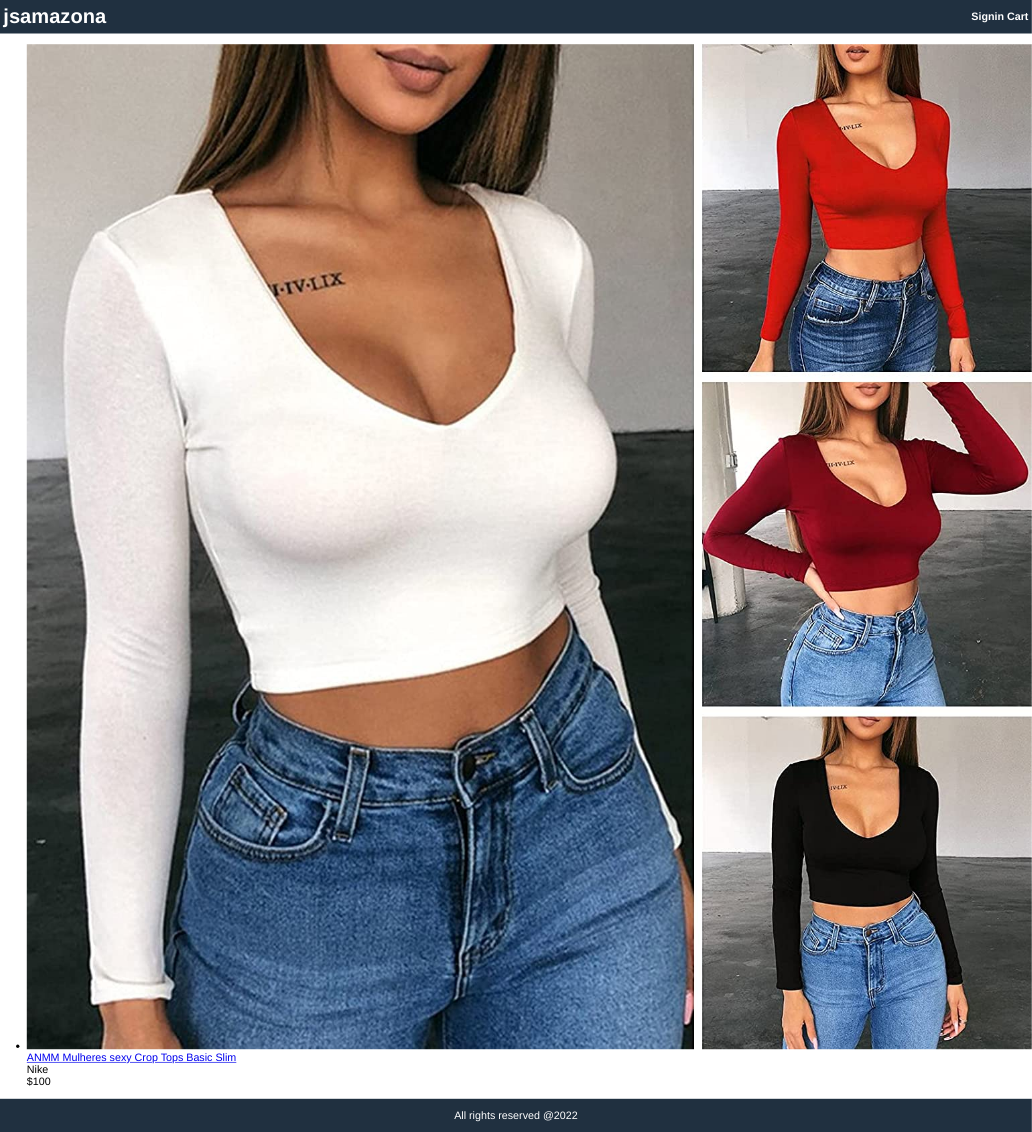
Repository: Mardoqueu/ecommerce-website
Page: jsamazona/frontend/src/index.html
These files come from the project's save history. The page is drawn as it stood at one moment and after the next save; the edit follows.
The browser window is 1280 px wide. The page is 1540 px wide, then 1500 px, so the pictures cover 1540 px, including what lies to the right of the window. The pictures show the whole page, at 67% of full size.

Above is the page before, as saved 2022-09-12 10:21:24.

### jsamazona/frontend/src/index.html
<!DOCTYPE html>
<html lang="en">
  <head>
    <meta charset="UTF-8" />
    <meta http-equiv="X-UA-Compatible" content="IE=edge" />
    <meta name="viewport" content="width=device-width, initial-scale=1.0" />
    <link rel="stylesheet" href="style.css" />
    <title>JS Amazona</title>
  </head>
  <body>
    <div class="grid-container">
      <header>
        <div class="brand">
          <a href="/#/">jsamazona</a>
        </div>
        <div>
          <a href="/#/signin">Signin</a>
          <a href="/#/cart">Cart</a>
        </div>
      </header>
      <main>
        <div>
          <ul class="products">
            <li>
              <div class="product">
                <a href="/#/products/1">
                  <img src="images/product-1.jpg" alt="product 1" />
                </a>
                <div class="product-name">
                  <a href="/#/products/1">
                    ANMM Mulheres sexy Crop Tops Basic Slim
                  </a>
                </div>
                <div class="product-brand">Nike</div>
                <div class="product-price">$100</div>
              </div>
            </li>
          </ul>
        </div>
      </main>
      <footer>All rights reserved @2022</footer>
    </div>
  </body>
</html>

### jsamazona/frontend/src/style.css
* {
    box-sizing: border-box;
  }
  html {
    font-size: 62.5%; /* 16px * 62.5 = 10px = 1rem */
  }
  body {
    height: 100vh;
    font: 1.6rem Helvetica, Arial;
    margin: 0;
  }
  .grid-container {
    display: grid;
    grid-template-areas:
      'header'
      'main'
      'footer';
    grid-template-columns: 1fr;
    grid-template-rows: 5rem 1fr 5rem;
    height: 100%;
  }

  header {
    grid-area: header;
    background-color: #203040;
    color: #ffffff;
    display: flex;
    justify-content: space-between;
    align-items: center;
    padding: 0.5rem;
  }
  header a {
    color: #ffffff;
    font-weight: bold;
    text-decoration: none;
  }
  header a:hover {
    color: #f08040;
  }

  .brand a {
    font-size: 3rem;
  }

  footer {
    background-color: #203040;
    display: flex;
    justify-content: center;
    align-items: center;
    color: #ffffff;
  }

After the next save:
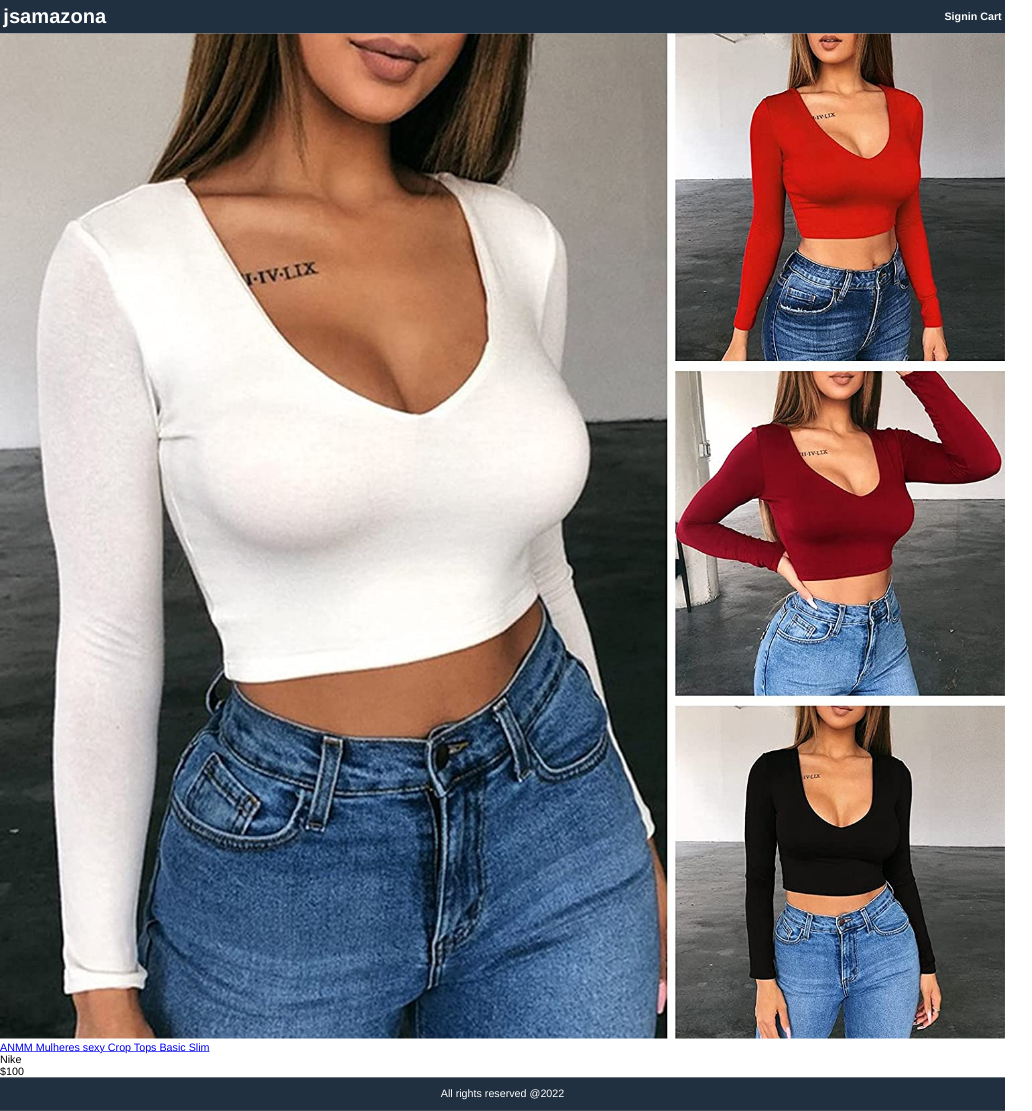
Saved 94 s later.
--- a/jsamazona/frontend/src/style.css
+++ b/jsamazona/frontend/src/style.css
@@ -49,3 +49,13 @@
     align-items: center;
     color: #ffffff;
   }
+
+/* Products */
+.products {
+    display: flex;
+    flex-wrap: wrap;
+    list-style-type: none;
+    padding: 0;
+    margin: 0;
+    justify-content: center;
+  }
